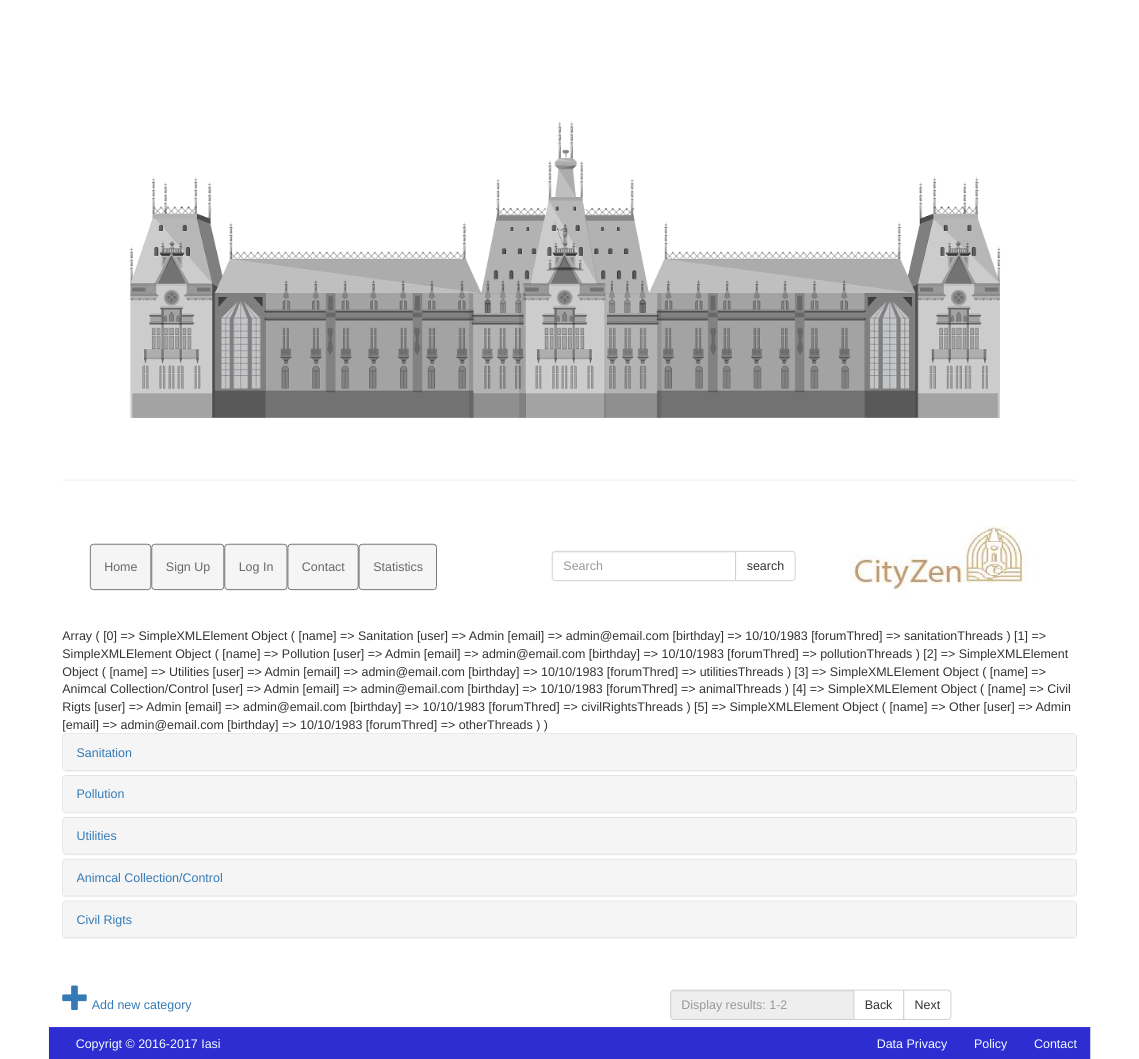
Repository: ciprianchistruga/project
Page: http://localhost/index.php?phpPage=home
The author's editor kept a record of every edit. The page is drawn from the files as they stood at one moment, then again after the next edit.
The browser window is 1280 px wide. The pictures show the whole page, at 89% of full size.
The page is run by PHP 8.4 with error messages shown; the project is at /var/www/html/.

Above is the page before.

### workspace/index.php
<!DOCTYPE html>

<html>
    <head>

        <title>Home page</title>
         <link href="css/bootstrap/bootstrap.min.css" rel="stylesheet">
         <link href="css/custom.css" rel="stylesheet">
    </head>

    <body>

        <div class="container">
             <div class="page-header">
                 <img src="img/img-palat-faded-intro.png" class="img-responsive" alt="Palatul Culturii"/>
             </div>

             <nav class="navbar navbar-light col-md-9 custom-top-position">
              <div class="container-fluid">
                <ul class="nav navbar-nav custom-nav-text-color">
                  <li class="active nav-item"><a href="index.php?phpPage=home" class="nav-link well">Home</a></li>
                  <li class="nav-item"><a href="index.php?phpPage=signup" class="nav-link well">Sign Up</a></li>
                  <li class="nav-item"><a href="index.php?phpPage=login" class="nav-link well">Log In</a></li>
                  <li class="nav-item"><a href="index.php?phpPage=contact" class="nav-link well">Contact</a></li>
                  <li class="nav-item"><a href="index.php?phpPage=statistics" class="nav-link well">Statistics</a></li>
                </ul>
                <div class="navbar-right custom-header-search">
                    <form class="navbar-form"  action="<?php $_SERVER['PHP_SELF']?>" method="post">
                        <div class="input-group">
                            <input type="text" class="form-control" placeholder="Search" name="phpPage" ><!--name="subject"-->
                                <div class="input-group-btn">
                                    <!--<a href="index.php?phpPage=search">--><input type="button" class="btn btn-default" value="search" name="search"><!--</a>-->
                                </div>

                       </div>
                    </form>
                </div>
              </div>
            </nav>
             <div class="col-md-3">
                    <a class="navbar-brand" href="index.php"><img src="img/cityzen.jpeg" class="img-responsive to-disappear" alt="CityZen logo"/></a>
            </div>
        </div>


         <div class="container">
        <?php

        $page = $_GET['phpPage'];

        //display dynamic page
        switch($page) {
            case "home":
                include('php/Home.php');
                break;
            case "signUp":
                include('php/Signup.php');
                break;
            case "logIn":
                include('php/Login.php');
                break;
            case "contact":
                include('php/Contact.php');
                break;
            case "statistics":
                include('php/Statistics.php');
                break;
            case "addCategory":
                include('php/AddCategory.php');
                break;
            /*case "search":
                include('php/Search.php');
                break;*/
            case "confirmEmail":
                include('php/SignUpConfirmation.html');
                break;
            case "loginSuccess":
                include('php/LoginSuccess.html');
                break;
            default:
                include('php/Home.php');
                break;
        }

        ?>
        </div>

        <div class="container custom-footer">


                <footer>

                    <p class="navbar-form col-md-9">Copyrigt &copy; 2016-2017 Iasi</p>
                     <p class="navbar-form col-md-1 navbar-right">Contact</p>
                      <p class="navbar-form col-md-1 navbar-right">Policy</p>
                       <p class="navbar-form col-md-1 navbar-right">Data Privacy</p>

                </footer>

        </div>



    </body>

</html>

### workspace/php/Home.php


            <section>
             <div class="panel-group" id="home">
                  <?php

                  $xml=simplexml_load_file("xml/homeCategories.xml") or die("Error: Cannot find source");
                  $totalRows = $xml->count();
                  $array = (array) $xml;
                  $array = array_values($array);

                session_start();
                $_SESSION['start'] = ((isset($_SESSION['start'])) ? $_SESSION['start'] : 0);
                $_SESSION['page'] = ((isset($_SESSION['page'])) ? $_SESSION['page'] : 0);
                if(isset($_POST['next']))
                {
                     if(($_SESSION['start']+5)<$totalRows){
                   $_SESSION['start'] = $_SESSION['start'] +5;
                   $_SESSION['page']++;
                    }
                }
                if(isset($_POST['back']))
                {
                    if($_SESSION['start']>0){
                   $_SESSION['start'] = $_SESSION['start'] - 5;
                   $_SESSION['page']--;
                    }
                }

                $limit=$_SESSION['start'] + 5;
                print_r(array_values($array));
                  //display the first categories from homeCategories.xml
                  for ($x = $_SESSION['start']; $x < $limit; $x++) {
                    if(isset($array[$x])){
                    echo "<div class='panel panel-default'>
                          <div class='panel-heading' id='categoryName'><a href=''>".$array[$x]->name."</a></div>
                          </div>";
                    }
                }
                    ?>

          </section>

          <section  class="custom-top-position">

              <div class="row">
                  <div class="col-md-7">
                     <p> <a href="index.php?phpPage=addCategory"><span class="glyphicon glyphicon-plus"></span> Add new category</a></p>
                  </div>
                   <div>
                       <form class="navbar-form col-md-6" action="<?php $_SERVER['PHP_SELF']?>" method="post">
                           <div class="input-group">
                            <input type="text" class="form-control" placeholder="Display results: <?php echo ($_SESSION['page']+1).'-'.ceil($totalRows/5);?>". disabled/>
                            <div class="input-group-btn">
                                <button class="btn btn-default" type="submit" id="back" name="back">Back</button>
                                <button class="btn btn-default" type="submit" id="next" name="next">Next</button>
                            </div>

                            </div>
                       </div>
                    </form>
                   </div>

          </section>

### workspace/xml/homeCategories.xml
<?xml version="1.0" encoding="ISO-8859-1"?>
<categories>

    <Sanitation>
        <name>Sanitation</name>
        <user>Admin</user>
        <email>admin@email.com</email>
        <birthday>10/10/1983</birthday>
        <forumThred>sanitationThreads</forumThred>
    </Sanitation>

    <Pollution>
        <name>Pollution</name>
        <user>Admin</user>
        <email>admin@email.com</email>
        <birthday>10/10/1983</birthday>
        <forumThred>pollutionThreads</forumThred>
    </Pollution>

    <Utilities>
        <name>Utilities</name>
        <user>Admin</user>
        <email>admin@email.com</email>
        <birthday>10/10/1983</birthday>
        <forumThred>utilitiesThreads</forumThred>
    </Utilities>

    <AnimcalCollection>
        <name>Animcal Collection/Control</name>
        <user>Admin</user>
        <email>admin@email.com</email>
        <birthday>10/10/1983</birthday>
        <forumThred>animalThreads</forumThred>
    </AnimcalCollection>

    <CivilRigts>
        <name>Civil Rigts</name>
        <user>Admin</user>
        <email>admin@email.com</email>
        <birthday>10/10/1983</birthday>
        <forumThred>civilRightsThreads</forumThred>
    </CivilRigts>

    <Other>
        <name>Other</name>
        <user>Admin</user>
        <email>admin@email.com</email>
        <birthday>10/10/1983</birthday>
        <forumThred>otherThreads</forumThred>
    </Other>
</categories>

### workspace/css/custom.css
.custom-nav-text-color a
{
    color: #686868  !important;
}

.well {
    border-color: #686868;
}

.custom-top-position {
    margin-top:50px;
}

.custom-footer {
    padding: 20;
    background-color: #2d2dd2;
    color: #F0FFFF;
}

.glyphicon-plus {
    font-size: 30px;
}

@media screen and (max-width: 1000px) {
    .to-disappear {
        visibility: hidden;
        display: none;
    }
}

#map {
        height: 100px;
        width: 100%;
       }

Loaded but not shown: workspace/css/bootstrap/bootstrap.min.css (library)

After the next edit:
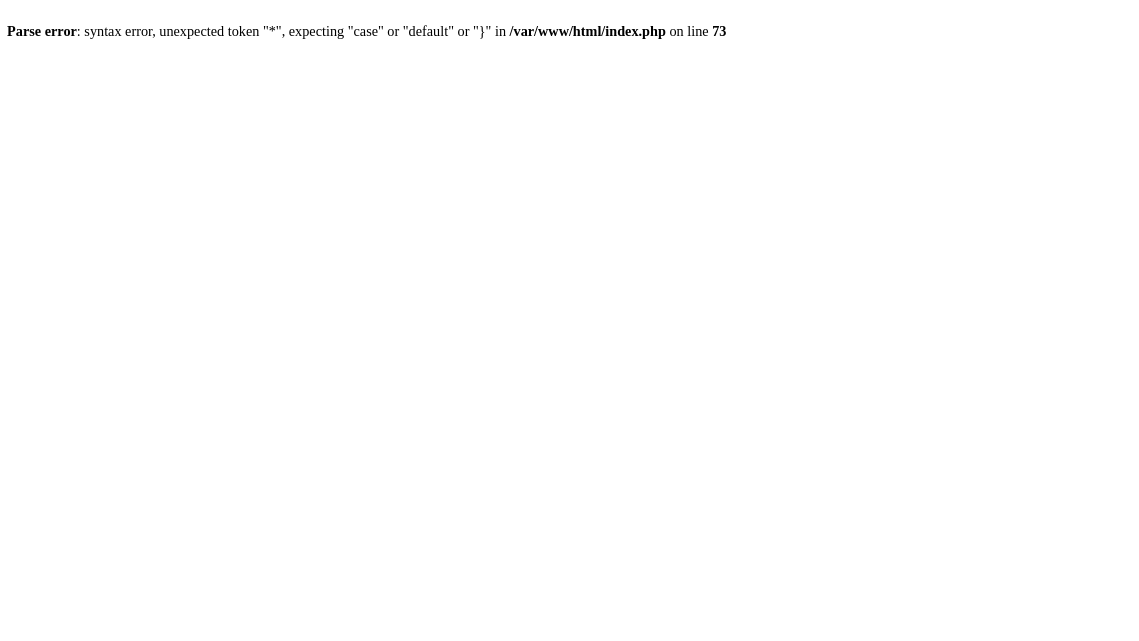
The edit:
--- a/workspace/index.php
+++ b/workspace/index.php
@@ -68,7 +68,7 @@
             case "addCategory":
                 include('php/AddCategory.php');
                 break;
-            /*case "search":
+            case "search":
                 include('php/Search.php');
                 break;*/
             case "confirmEmail":

After the edit that followed:
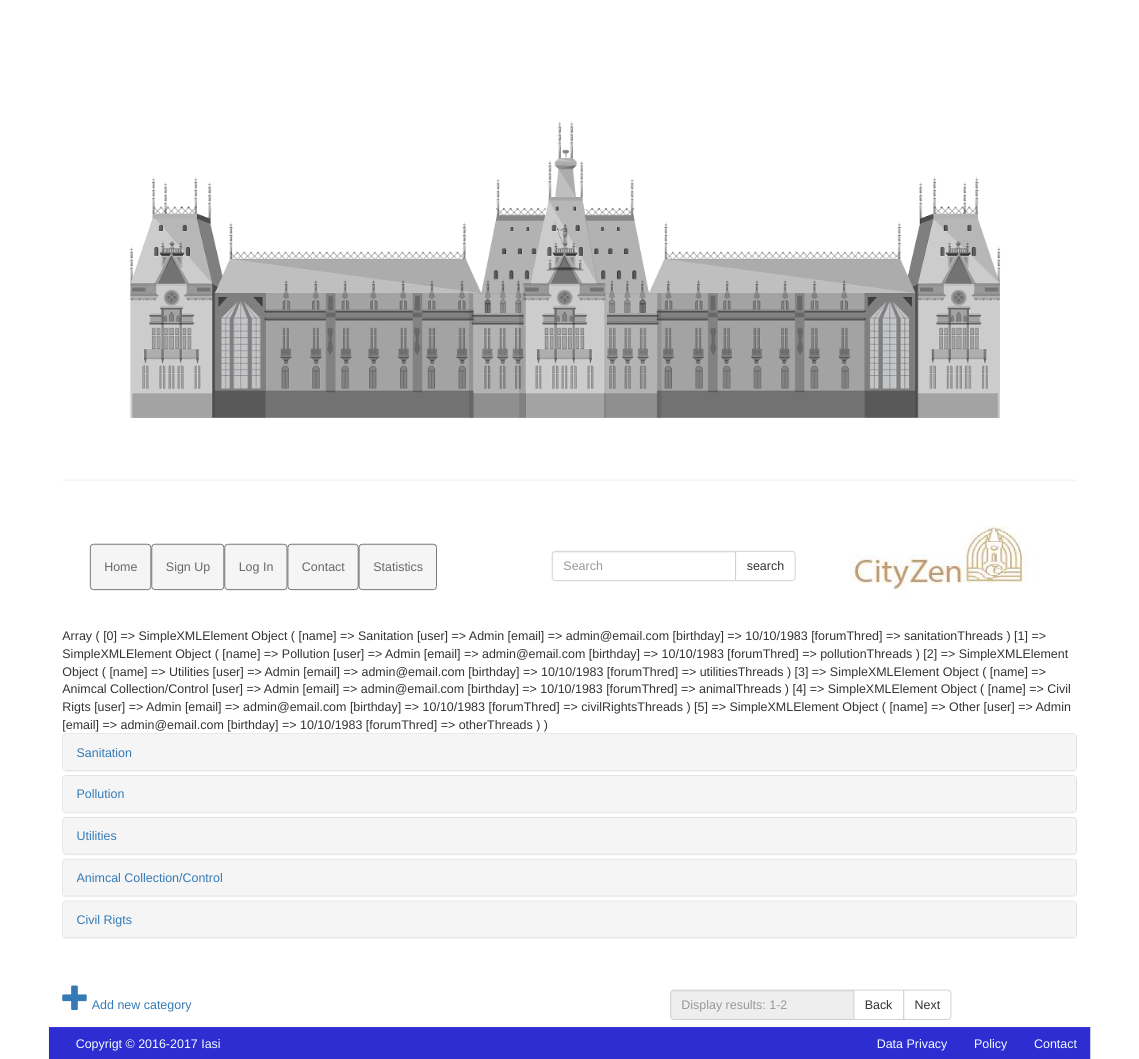
The edit:
--- a/workspace/index.php
+++ b/workspace/index.php
@@ -70,7 +70,7 @@
                 break;
             case "search":
                 include('php/Search.php');
-                break;*/
+                break;
             case "confirmEmail":
                 include('php/SignUpConfirmation.html');
                 break;
